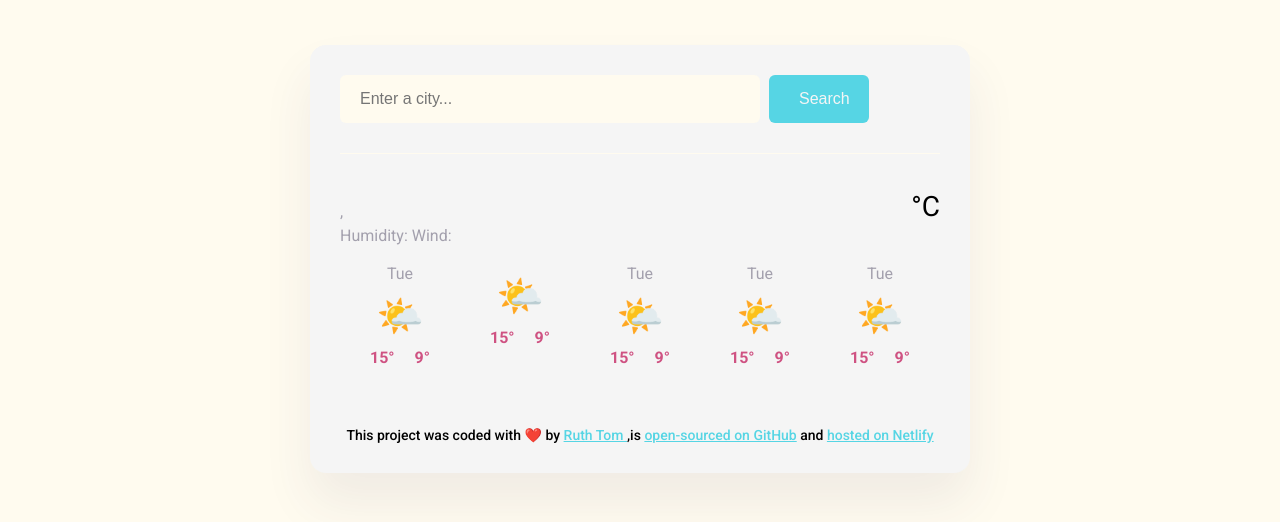
Repository: RuthTom711/Weatherly-App
Page: index.html
An editor plug-in stored every save of this project. The page is shown before and after a run of saves, followed by the edit.
The browser window is 1280 px wide. The pictures show the whole page.
The page's requests for data from a server got no answer. Some web libraries are served in a nearby version.

Above is the page before, as saved 2025-11-13 15:08:10.
Console error (its wording comes from the project's code and is left out).

After the next 2 saves:
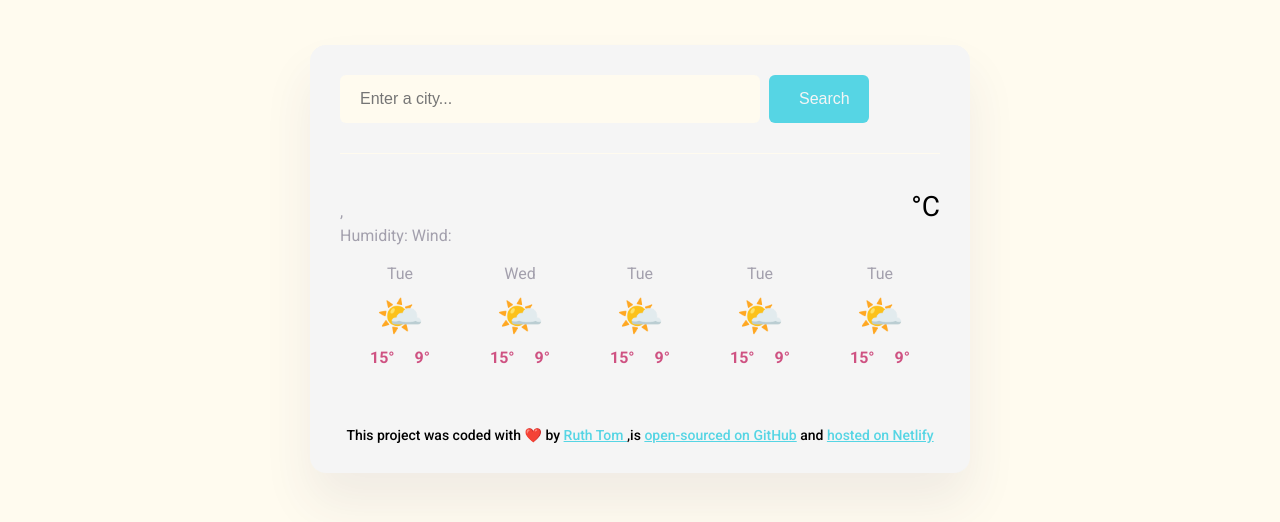
The 2 saves are shown as one change because they came seconds apart.
The last was saved 7 s later.
--- a/index.html
+++ b/index.html
@@ -61,7 +61,7 @@
 
             </div>
              <div class="weather-forecast-day">
-              <div class="weather-forecast-date"> </div>
+              <div class="weather-forecast-date"> Wed</div>
               <div class="weather-forecast-icon">🌤️</div>
               <div class="weather-forecast-temperatures">
               <div class="weather-forecast-temperature"><strong>15°</strong></div>
